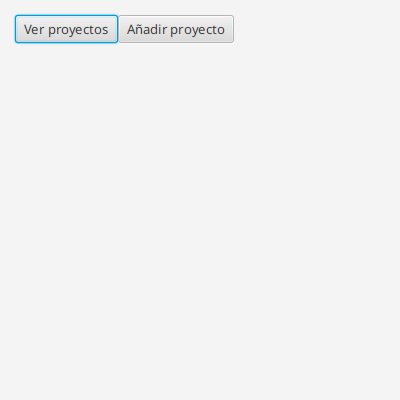
Repository: anxoportela/PROG
Program's window: java Java_Interfaz/ProyectoJavaFX/src/com/acarballeira/javaFX/ejemplo8/App.java
These files come from the project's save history. The program's window is drawn as it stood at one moment and after the next save; the edit follows.
It runs on Java 21 on a 1366 x 768 screen with JavaFX 11; the title bar is not drawn.

Above is the program's window before, as saved 2020-03-04 21:05:12.

After the next save:
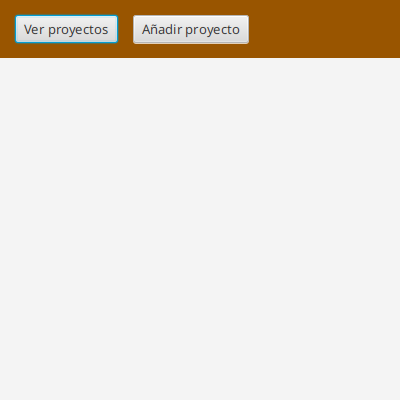
Saved 3 min 2 s later.
--- a/Java_Interfaz/ProyectoJavaFX/src/com/acarballeira/javaFX/ejemplo8/App.java
+++ b/Java_Interfaz/ProyectoJavaFX/src/com/acarballeira/javaFX/ejemplo8/App.java
@@ -36,6 +36,8 @@
 		Button btn1 = new Button("Ver proyectos");
 		Button btn2 = new Button("Añadir proyecto");
 		hbox.setPadding(new Insets(15, 15, 15, 15));
+		hbox.setSpacing(15);
+		hbox.setStyle("-fx-background-color: #995500");
 		hbox.getChildren().addAll(btn1,btn2);
 		return hbox;
 	}
